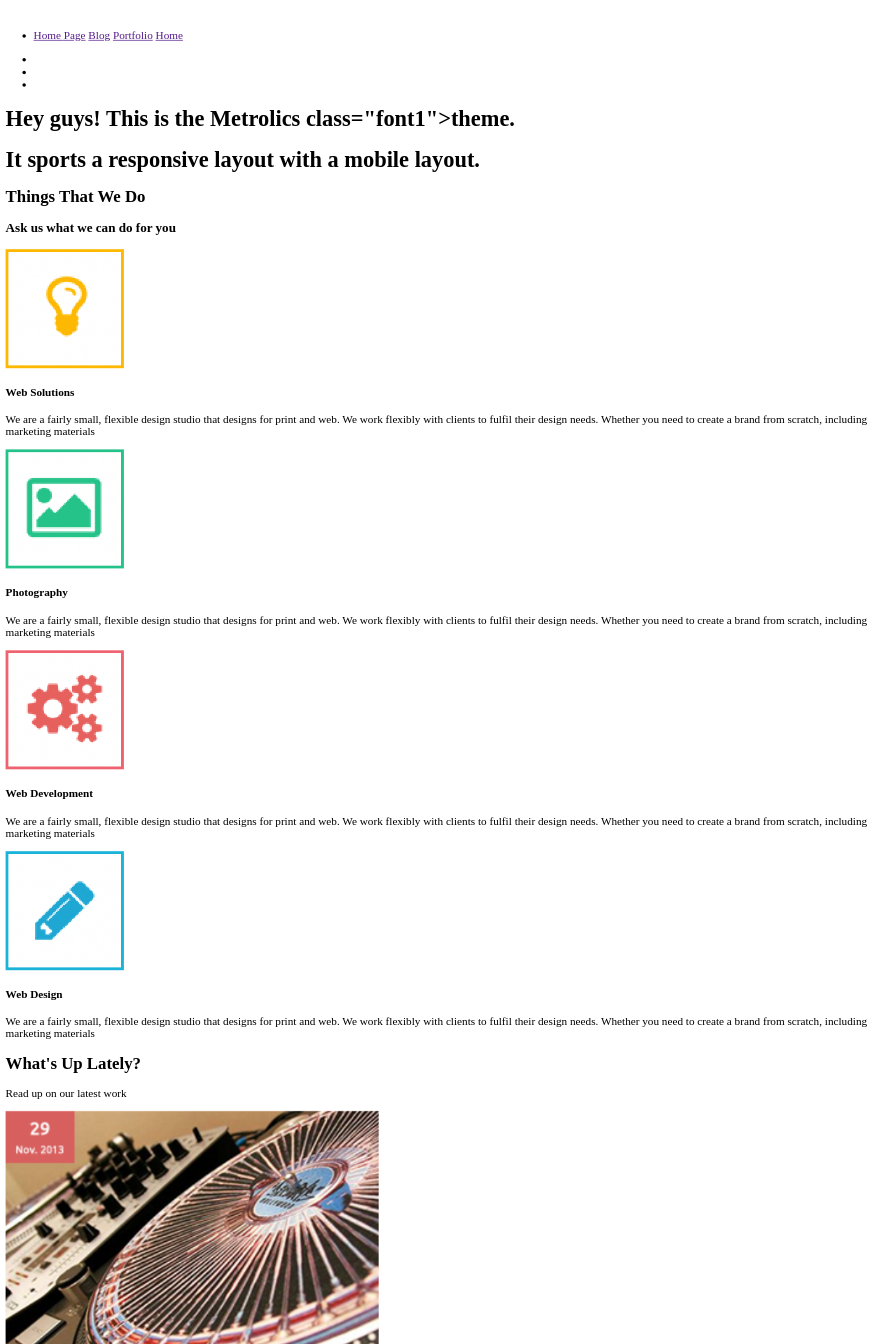
Repository: JerryWuOn/BCITPROJECT1-LAB-03B
Page: index.html
The author's editor kept a copy of each file at every save. The page is drawn from the files as they stood at one save, then again after the next save.
The browser window is 1280 px wide. The pictures show the part of the page from y = 0 to 1920 px (the page is 9234 px tall), at 70% of full size.

Above is the page before, as saved 2023-01-27 18:12:57.

### index.html
<!DOCTYPE html>
<html lang="en">
<head>
  <meta name="viewport" content="width=device-width, initial-scale=1.0">
    <title>Team Jerry and Takami</title>
</head>
<body class="page page--home">

  <header class="page_header">
      <div class="page_header_logo">
        <img src="" alt="">
      </div>
      <section class="home_pages">
        <ul class="page-links">
          <li class="page-links_items">
            <a href="">Home </a>
            <a href="">Page</a>
            <a href="">Blog</a>
            <a href="">Portfolio</a>
            <a href="">Home</a>
          </li>
        </ul>
      </section>
  </header>

  <section class="carousel">
    <ul class="carousel_items">
      <li></li>
      <li></li>
      <li></li>
    </ul>
  </section>

         <div>
         <h1  class="font1">Hey guys! This is the Metrolics class="font1">theme.</h1>
         <h1  class="font1">It sports a responsive layout with a mobile layout.</h1>
        </div>

          <h2>Things That We Do</h2>
            <h3>Ask us what we can do for you</h3>

             <div class="">

                <div>
                   <a><img src="icon1.png" href=""></a>
                   <h4>Web Solutions</h4>
                   <p>We are a fairly small, flexible design studio that designs for print and web. We work flexibly with clients to fulfil their design needs.
                    Whether you need to create a brand from scratch, including marketing materials</p>
                </div>

                <div>
                    <a><img src="icon2.png" href=""></a>
                    <h4>Photography</h4>
                    <p>We are a fairly small, flexible design studio that designs for print and web.
                      We work flexibly with clients to fulfil their design needs. Whether you need to create a brand from scratch, including marketing materials</p>
                 </div>

                 <div>
                    <a><img src="icon3.png" href=""></a>
                    <h4>Web Development</h4>
                    <p>We are a fairly small, flexible design studio that designs for print and web.
                      We work flexibly with clients to fulfil their design needs. Whether you need to create a brand from scratch, including marketing materials</p>
                 </div>

                 <div>
                    <a><img src="icon4.png" href=""></a>
                    <h4>Web Design</h4>
                    <p>We are a fairly small, flexible design studio that designs for print and web. We work flexibly with clients to fulfil their design needs.
                      Whether you need to create a brand from scratch, including marketing materials</p>
                 </div>

                </div>


        <div>
            <h2>What's Up Lately?</h2>
            <p>Read up on our latest work</p>
        </div>

          <div>
            <div><img src="pic.png"></div>
            <div><img src="pic.png"></div>
            <div><img src="pic.png"></div>
          </div>

          <div>
            <h2>Our Latest Project</h2>
            <p>Client happy? We are happy.</p>
          </div>

          <div class="grid">
            <div><img src="pic2.png"></div>
            <div><img src="pic2.png"></div>
            <div><img src="pic2.png"></div>
            <div><img src="pic2.png"></div>
            <div><img src="pic2.png"></div>
            <div><img src="pic2.png"></div>
          </div>



          <div class="button--left">
            <h2>Thingsofabove</h2>
            <p>Music stuff we could not anyolace else</p>

          <div>
            <h2></h2>
              <div>
                <img>
                   <div>
                    <h3></h3>
                    <p></p>
                   </div>
              </div>
          </div>

          <div>
            <h2></h2>
          </div>

          <div>
            <h2></h2>
          </div>

          </div>

                 <div class="button--right">

                 </div>


            <div class="grid-containers2">

              <div><img src="pic2.png"></div>
              <div><img src="pic2.png"></div>
              <div><img src="pic2.png"></div>
              <div><img src="pic2.png"></div>
              <div><img src="pic2.png"></div>

            </div>

        <div>
            <div>
                <a><img></a>
                <p></p>
            </div>

              <div>
                <div>
                    <h4></h4>
                    <hl>
                    <p></p>
                      <div class="grid-containers3">
                        <div><img src="pic2.png"></div>
                        <div><img src="pic2.png"></div>
                        <div><img src="pic2.png"></div>
                        <div><img src="pic2.png"></div>
                        <div><img src="pic2.png"></div>
                      </div>
                </div>

                <div>
                    <h2></h2>
                     <div>
                        <a></a>
                        <a></a>
                        <a></a>
                     </div>
                       <div class="">
                        <a></a>
                        <a></a>
                        <a></a>
                       </div>
                </div>

                <div>
                    <h2></h2>
                        <div>
                            <div></div>
                            <p></p>
                        </div>

                          <div>
                            <div></div>
                            <p></p>
                          </div>
                </div>

                <div>
                    <h2></h2>
                    <p></p>
                    <p></p><a></a>
                </div>
              </div>
        </div>
</body>
</html>

After the next save:
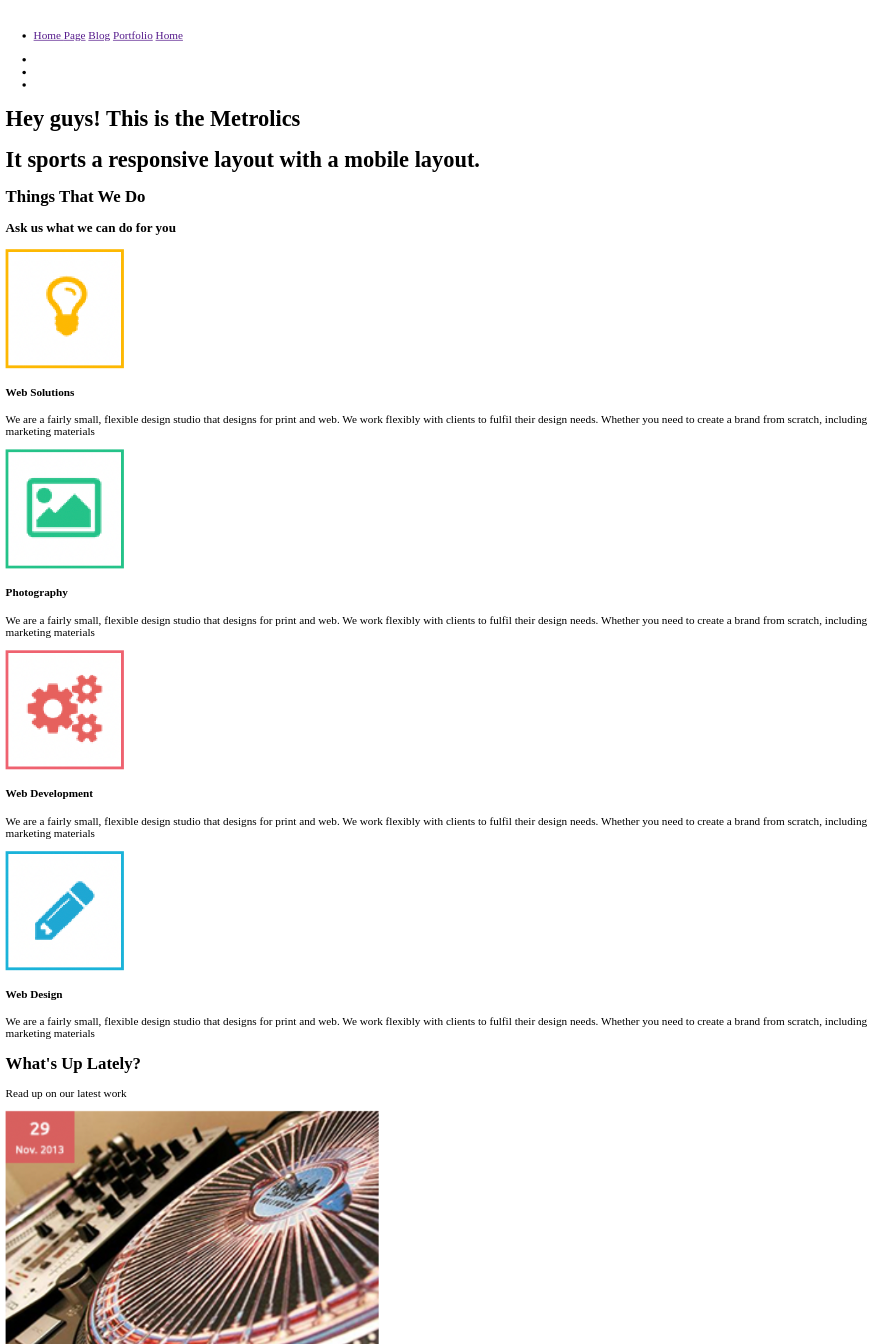
Saved 4 s later.
--- a/index.html
+++ b/index.html
@@ -32,7 +32,7 @@
   </section>
 
          <div>
-         <h1  class="font1">Hey guys! This is the Metrolics class="font1">theme.</h1>
+         <h1  class="font1">Hey guys! This is the Metrolics </h1>
          <h1  class="font1">It sports a responsive layout with a mobile layout.</h1>
         </div>
 
